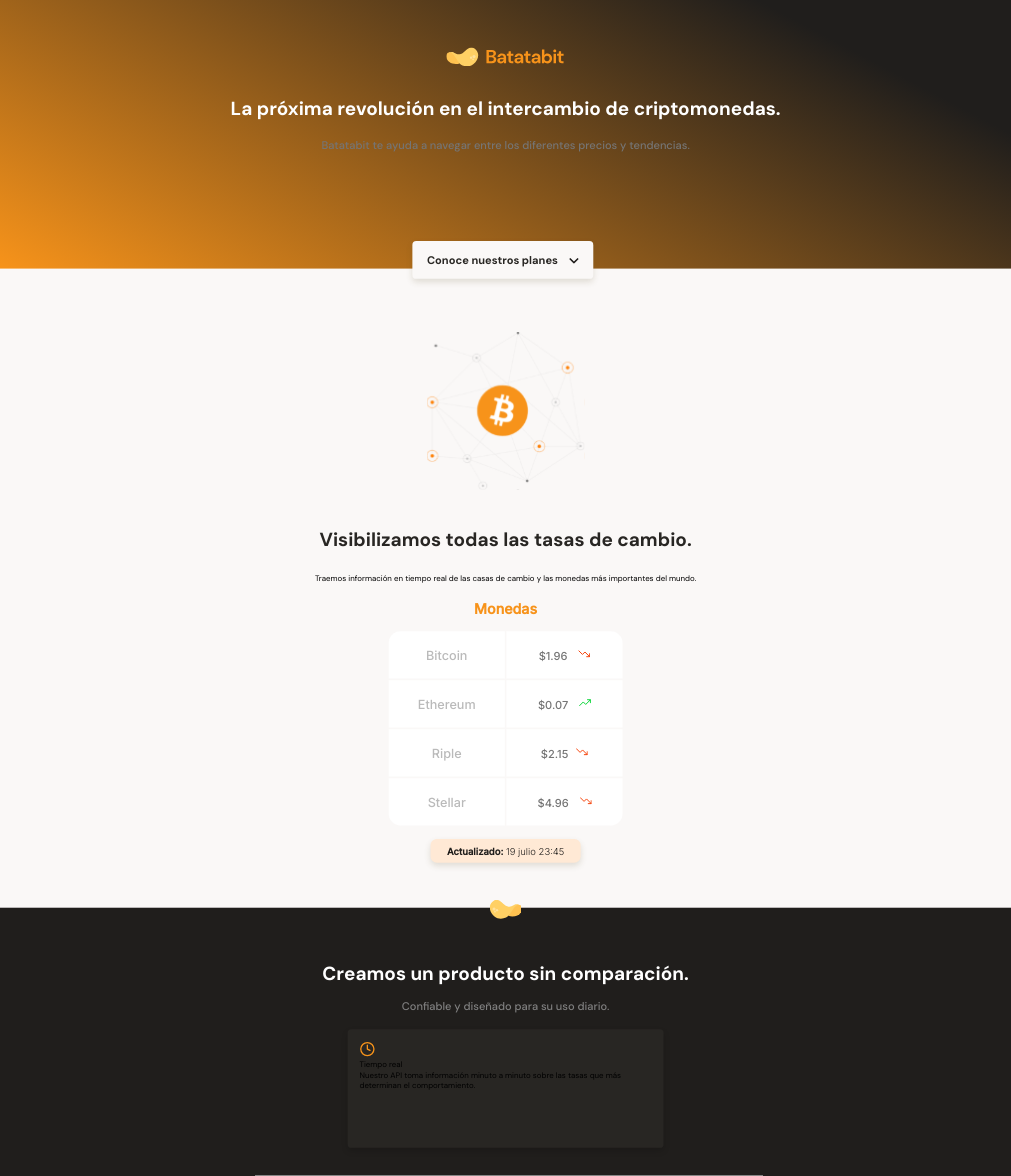
Repository: elto82/mobileFirst
Page: index.html
These files come from the project's save history. The page is drawn as it stood at one moment and after the next save; the edit follows.
The browser window is 1280 px wide. The pictures show the whole page, at 79% of full size.
Some web fonts or font styles are not loaded; a fallback is used.

Above is the page before, as saved 2022-06-08 18:31:40.

### index.html
<!DOCTYPE html>
<html lang="en">
  <head>
    <meta charset="UTF-8" />
    <meta http-equiv="X-UA-Compatible" content="IE=edge" />
    <meta name="viewport" content="width=device-width, initial-scale=1.0" />
    <link rel="preconnect" href="https://fonts.googleapis.com" />
    <link rel="preconnect" href="https://fonts.gstatic.com" crossorigin />
    <link
      href="https://fonts.googleapis.com/css2?family=DM+Sans:wght@400;500;700&family=Inter:wght@300;500&family=Poppins:ital,wght@0,300;1,400;1,600&family=Quicksand:wght@300;500;700&family=Roboto:wght@400;700&family=Rubik+Beastly&display=swap"
      rel="stylesheet"
    />
    <link rel="stylesheet" href="./style.css">
    <title>Document</title>
  </head>
  <body>
    <header>
        <img src="./assets/img/logo.svg" alt="">
        <div class="header-title-container">
            <h1>La próxima revolución en el intercambio de criptomonedas.</h1>
            <p>Batatabit te ayuda a navegar entre los diferentes precios y tendencias.  </p>
            <a href="" class="header-button">Conoce nuestros planes <span></span></a>
        </div>
    </header>
    <main>
      <section class="main-exchange-container">
          <div class="backgroundImg"></div>
          <div class="main-exchange-conintainer--title">
            <h2>Visibilizamos todas las tasas de cambio.</h2>
            <p>Traemos información en tiempo real de las casas de cambio y las monedas más importantes del mundo.</p>
          </div>
          <section class="main-tables-container">
              <div class="main-currency-table">
                <p class="currency-table--title">Monedas</p>
                <div class="currency-table--container">
                  <table>
                    <tr>
                      <td class="table__top-left">Bitcoin</td>
                      <td class="table__top-right table__right" >$1.96 <span class="down"></span></td>
                    </tr>
                    <tr>
                      <td>Ethereum</td>
                      <td class="table__right">$0.07 <span class="up"></span></td>
                    </tr>
                    <tr>
                      <td>Riple</td>
                      <td class="table__right">$2.15<span class="down"></span></td>
                    </tr>
                    <tr>
                      <td class="table__bottom-left">Stellar</td>
                      <td class="table__botton-right table__right">$4.96 <span class="down"></span></td>
                    </tr>
                  </table>
                </div>
                <div class="currency-table--date">
                  <p><b> Actualizado:</b> 19 julio 23:45</p>
                </div>
              </div>
          </section>
      </section>

      <section class="main-product-detail">
        <span class="product-detail--batata-logo"></span>
        <div class="product-detail--title">
          <h2>Creamos un producto sin comparación.</h2>
          <p>Confiable y diseñado para su uso diario.</p>
        </div>
        <section class="product-cards--container">
          <article class="product-detail--card">
            <span class="clock"></span>
            <p class="product--card-title">Tiempo real</p>
            <p class="product--card-body">Nuestro API toma información minuto a minuto sobre las tasas que más determinan el comportamiento.</p>
          </article>
        </section>

      </section>
      <section></section>
      <section></section>
    </main>
    <footer></footer>
  </body>
</html>

### style.css
/*
1. Posicionamiento
2. Modelo de caja (box model)
3. Tipografia
4.Visuales
5. Otros
*/
:root{
    /* colores */
    --bitcoin-orange:#f7931a;
    --soft-orange: #ffe9d5;
    --secondary-blue:#1a9af7;
    --soft-blue: #e7f5ff;
    --warm-black: #201e1c;
    --black:#282623;
    --grey:#bababa;
    --off-white:#faf8f7;
    --just-white:#fff;

}
*{
    box-sizing: border-box;
    margin: 0;
    padding: 0;
}
html{
    font-size: 62.5%;
    font-family: 'DM Sans', sans-serif;;
}
header{
    position: relative;
    display: flex;
    flex-direction: column;
    justify-content: center;
    width: 100%;
    min-width: 32rem;
    height: 34rem;
    text-align: center;
    background: linear-gradient(207.8deg, #201e1c 16.69%, #f7931a 100%);
}
header img{
    width: 15rem;
    height: 2.4rem;
    margin-top: 6rem;
    align-self: center;
}
.header-title-container{
    width: 90%;
    min-width: 28.8rem;
    max-width: 90rem;
    height: 21.8rem;
    margin-top: 4rem;
    text-align: center;
    align-self: center;
}
.header-title-container h1{
    font-size: 2.4rem;
    font-weight: bold;
    line-height: 2.6rem;
    color: var(--just-white);
}
.header-title-container p{
    margin-top: 2.5rem;
    font-size: 1.4rem;
    font-weight: 500;
    line-height: 1.8rem;
    color: var(--soft-orange);
}
.header-title-container .header-button{
    position: absolute;
    left: calc(50% - 11.8rem);
    top: 27rem;
    display: block;
    margin-top: 3.5rem;
    padding: 1.5rem;
    width: 22.9rem;
    height: 4.8rem;
    background-color: var(--off-white);
    box-shadow: 0px 4px 8px rgba(89, 73, 30, 0.16);
    border: none;
    border-radius: 0.5rem;
    font-size: 1.4rem;
    font-weight: bold;
    text-decoration: none;
    color: var(--black);
}
.header-button span{
    display: inline-block;
    width: 1.3rem;
    height: 0.8rem;
    margin-left: 1rem;
    background-image: url('./assets/icons/down-arrow.svg');
}
main{
    width: 100%;
    height: auto;
    background-color: var(--off-white);
}
.main-exchange-container{
    width: 100%;
    height: auto;
    padding-top: 8rem;
    padding-bottom: 3rem;
    text-align: center;
}
.main-exchange-conintainer--title{
    width: 90%;
    min-width: 28.8rem;
    max-width: 90rem;
    margin: 0 auto;
}
.main-exchange-container .backgroundImg{
    width: 20rem;
    height: 20rem;
    margin: 0 auto;
    margin-bottom: 5rem;
    background-image: url('./assets/img/Bitcoin.svg');
    background-size: cover;
    background-position: center;
    background-repeat: no-repeat;
}
.main-exchange-container h2{
    margin-bottom: 3rem;
    font-size: 2.4rem;
    font-weight: bold;
    line-height: 2.6rem;
    color: var(--black);
}
.header-title-container p{
    margin-bottom: 3rem;
    font-size: 1.4rem;
    font-weight: 500;
    line-height: 1.6rem;
    color: #757575;
}
.main-currency-table{
    width: 70%;
    min-width: 23.5rem;
    max-width: 50re;
    height: 36rem;
    margin: 0 auto;
    font-family: 'Inter', 'sans-serif';
}
.main-currency-table .currency-table--title{
    margin-top: 2rem;
    margin-bottom: 1.5rem;
    font-size: 1.8rem;
    font-weight: bold;
    line-height: 2.3rem;
    color: var(--bitcoin-orange);
}
.currency-table--container{
    width: 90%;
    min-width: 23rem;
    max-width: 30rem;
    height: 25rem;
    margin: 0 auto;
}
.currency-table--container table{
    width: 100%;
    height: 100%;
}
.currency-table--container td{
    width: 50%;
    font-size: 1.6rem;
    font-weight: 500;
    line-height: 1.9rem;
    color: var(--grey);
    background-color: var(--just-white);
}
.currency-table--container .table__top-left{
    border-radius: 1.5rem 0 0 0;
}
.currency-table--container .table__top-right{
    border-radius: 0 1.5rem 0 0;
}
.currency-table--container .table__bottom-left{
    border-radius: 0 0 0 1.5rem;
}
.currency-table--container .table__botton-right{
    border-radius: 0 0 1.5rem 0;
}
.currency-table--container .table__right{
    font-size: 1.4rem;
    font-weight: normal;
    line-height: 1.7rem;
    color: #757575;
}
.currency-table--container .down{
    display: inline-block;
    width: 1.5rem;
    height: 1.5rem;
    margin-left: 1rem;
    background-image: url('./assets/icons/trending-down.svg');
    background-size: cover;
    background-position: center;
    background-repeat: no-repeat;
}
.currency-table--container .up{
    display: inline-block;
    width: 1.5rem;
    height: 1.5rem;
    margin-left: 1rem;
    background-image: url('./assets/icons/trending-up.svg');
    background-size: cover;
    background-position: center;
    background-repeat: no-repeat;
}
.currency-table--date{
    width: 19rem;
    height: 3rem;
    margin: 0 auto;
    margin-top: 1.5rem;
    padding: 0.8rem;
    background-color: var(--soft-orange);
    border-radius: 0.8rem;
    box-shadow: 0px 4px 8px rgba(89, 73, 30, 0.16);
}
.currency-table--date p{
    font-weight: 300;
    font-size: 1.2rem;
    line-height: 1.5rem;
    color: var(--warm-black);
}
.main-product-detail{
    position: relative;
    width: 100%;
    min-width: 32rem;
    height: auto;
    padding: 2rem 1rem;
    background-color: var(--warm-black);
}
.product-detail--batata-logo{
    position: absolute;
    width: 4rem;
    height: 2.5rem;
    top: -1rem;
    left: calc(50% - 2rem);
    background-image: url('./assets/icons/batata.svg');

}
.product-detail--title{
    width: 90%;
    min-width: 28.8rem;
    height: auto;
    margin: 0 auto;
    margin-top: 5rem;
    text-align: center;
}
.product-detail--title h2{
    margin-bottom: 2rem;
    font-size: 2.4rem;
    font-weight: bold;
    line-height: 2.6rem;
    color: var(--just-white);
}
.product-detail--title p{
    margin-bottom: 2rem;
    font-size: 1.4rem;
    font-weight: 500;
    line-height: 1.8rem;
    color: #808080;
}
.product-detail--card{
    width: 90%;
    min-width: 28.8rem;
    max-width: 40rem;
    height: 15rem;
    margin: 1.5rem auto;
    padding: 1.5rem;
    background-color: var(--black);
    border-radius: 0.5rem;
    box-shadow: 0 4px 8px rgba(0, 0, 0, 0.16);
}
.product-detail--card .clock{
    display: inline-block;
    width: 2rem;
    height: 2rem; ;
    background-image: url('./assets/icons/clock.svg');
    background-size: cover;
    background-position: center;
    background-repeat: no-repeat;
}
.product--card-title{

}
.product--card-body{

}

After the next save:
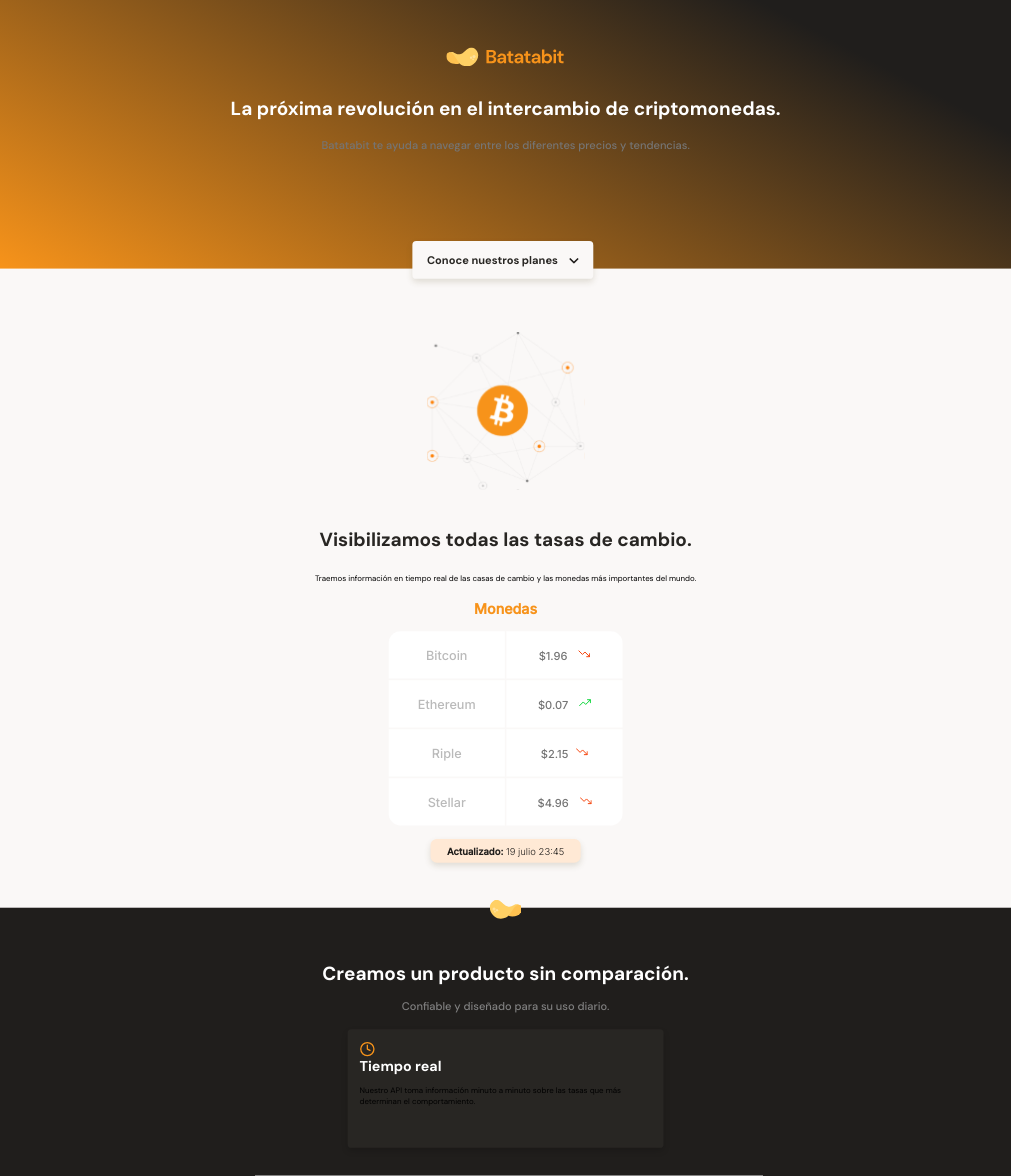
Saved 68 s later.
--- a/style.css
+++ b/style.css
@@ -282,7 +282,11 @@
     background-repeat: no-repeat;
 }
 .product--card-title{
-
+    margin-bottom: 1.5rem;
+    font-size: 1.8rem;
+    font-weight: bold;
+    line-height: 1.8rem;
+    color: var(--just-white);
 }
 .product--card-body{
 
